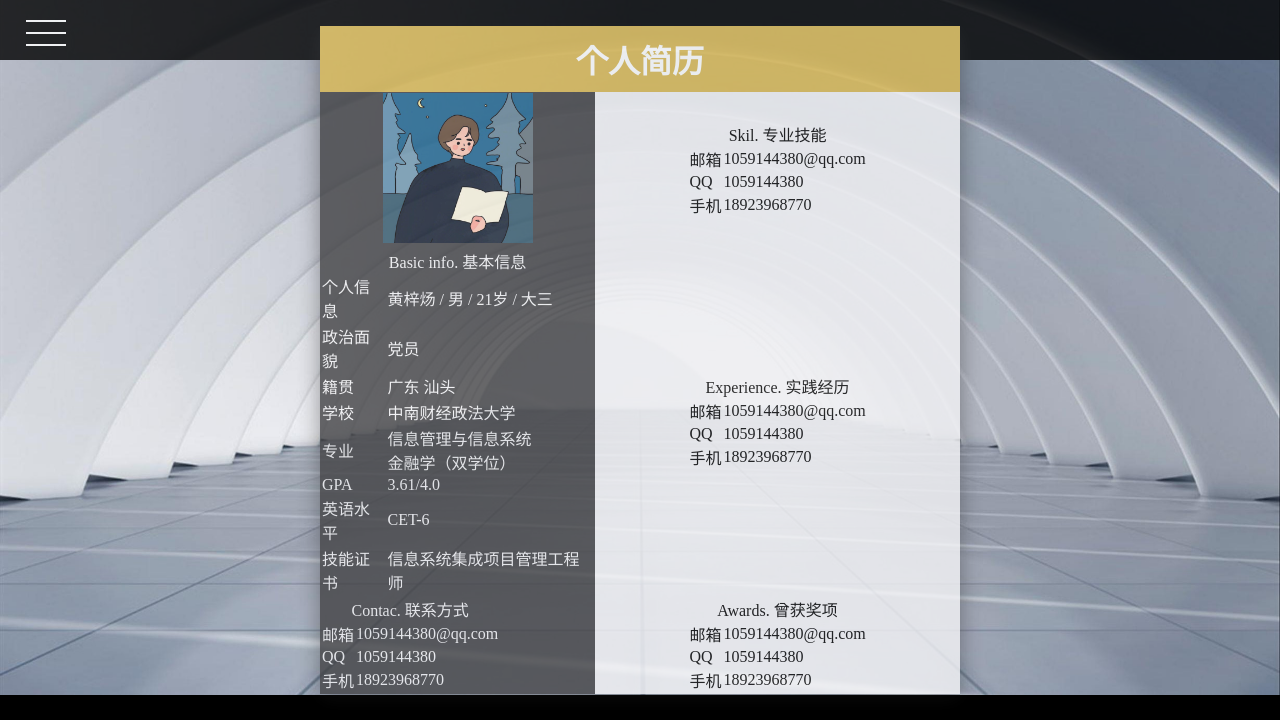
Repository: ustc-hzy/ziYang
Page: resume.html
The author's editor kept a copy of each file at every save. The page is drawn from the files as they stood at one save, then again after the next save.
The browser window is 1280 px wide. The pictures show the whole page.

Above is the page before, as saved 2020-06-18 16:52:57.

### resume.html
<!DOCTYPE html>
<html lang="en">
<head>
    <meta charset="UTF-8">
    <meta name="viewport" content="width=device-width, initial-scale=1.0">
    <link rel="stylesheet" href="css/style.css" type="text/css">
    <link rel="stylesheet" href="css/resume.css" type="text/css">
    <title>个人简历</title>
</head>
<body>
    <header>
        <!-- 主体内容 -->
        <div class="inner">
            <!-- 用于控制菜单栏开关 -->
            <input type="checkbox" id="ham">
            <!-- 菜单栏icon -->
            <label for="ham">
                <div class="hamburger-container">
                    <span></span>
                    <span></span>
                    <span></span>
                </div>
            </label>
            <!-- 菜单栏各项 -->
            <nav>
                <ul>
                    <li><a href="index.html">网站首页</a></li>
                    <li><a href="resume.html">个人简历</a></li>
                    <li><a href="album.html">旅行相册</a></li>
                    <li><a href="asset.html">PS作品集</a></li>
                    <li><a href="episode.html">剧集收藏</a></li>
                </ul>
            </nav>
            <!-- 打开菜单栏的遮罩 -->
            <div class="mask"></div>
        </div>

        <div class="content-container">
            <table>
                <caption class="table-title">个人简历</caption>
                <tr>
                    <td class="left-column" align="center">
                        <img src="img/user.png" width="150px">
                    </td>
                    <td class="right-column" align="center">
                        <table>
                            <caption class="small-table-title"><div>Skil. 专业技能</div></caption>
                            <tr>
                                <td>邮箱</td>
                                <td>1059144380@qq.com</td>
                            </tr>
                            <tr>
                                <td>QQ</td>
                                <td>1059144380</td>
                            </tr>
                            <tr>
                                <td>手机</td>
                                <td>18923968770</td>
                            </tr>
                        </table>
                    </td>
                </tr>
                <tr>
                    <td class="left-column" align="left">
                        <table>
                            <caption class="small-table-title"><div>Basic info. 基本信息</div></caption>
                            <tr>
                                <td>个人信息</td>
                                <td>黄梓炀 / 男 / 21岁 / 大三</td>
                            </tr>
                            <tr>
                                <td>政治面貌</td>
                                <td>党员</td>
                            </tr>
                            <tr>
                                <td>籍贯</td>
                                <td>广东 汕头</td>
                            </tr>
                            <tr>
                                <td>学校</td>
                                <td>中南财经政法大学</td>
                            </tr>
                            <tr>
                                <td>专业</td>
                                <td>
                                    <div>信息管理与信息系统</div>
                                    <div>金融学（双学位）</div>
                                </td>
                            </tr>
                            <tr>
                                <td>GPA</td>
                                <td>3.61/4.0</td>
                            </tr>
                            <tr>
                                <td>英语水平</td>
                                <td>CET-6</td>
                            </tr>
                            <tr>
                                <td>技能证书</td>
                                <td>信息系统集成项目管理工程师</td>
                            </tr>
                        </table>
                    </td>
                    <td class="right-column" align="center">
                        <table class="small-table-title">
                            <caption><div>Experience. 实践经历</div></caption>
                            <tr>
                                <td>邮箱</td>
                                <td>1059144380@qq.com</td>
                            </tr>
                            <tr>
                                <td>QQ</td>
                                <td>1059144380</td>
                            </tr>
                            <tr>
                                <td>手机</td>
                                <td>18923968770</td>
                            </tr>
                        </table>
                    </td>
                </tr>
                <tr>
                    <td class="left-column" align="left">
                        <table>
                            <caption class="small-table-title"><div>Contac. 联系方式</div></caption>
                            <tr>
                                <td>邮箱</td>
                                <td>1059144380@qq.com</td>
                            </tr>
                            <tr>
                                <td>QQ</td>
                                <td>1059144380</td>
                            </tr>
                            <tr>
                                <td>手机</td>
                                <td>18923968770</td>
                            </tr>
                        </table>
                    </td>
                    <td class="right-column" align="center">
                        <table class="small-table-title">
                            <caption><div>Awards. 曾获奖项</div></caption>
                            <tr>
                                <td>邮箱</td>
                                <td>1059144380@qq.com</td>
                            </tr>
                            <tr>
                                <td>QQ</td>
                                <td>1059144380</td>
                            </tr>
                            <tr>
                                <td>手机</td>
                                <td>18923968770</td>
                            </tr>
                        </table>
                    </td>
                </tr>
            </table>
        </div>
    </header>
</body>
</html>

### css/style.css
body {
    height: 100%;
    width: 100%;
    margin: 0 auto;
    padding: 0 0 ;
    background-color: #000000;
    background-image: url(../img/user_bg.jpg);
    background-repeat: no-repeat;
    background-size: cover;
    overflow: auto;
}
header{
    height: 60px;
    background-color: #000000;
    opacity: 0.8;
}
.inner{
    width: 96%;
    margin: auto;
}
#ham{
    display: none;
}
/* 当chexkbox选中时，改变第一条线 */
#ham:checked + label .hamburger-container span:nth-child(1){
    transform: rotate(45deg);
    top: 11px;
    transition: transform .3s ease-in-out, top .3s ease-in-out 3s;
}
/* 当chexkbox选中时，第二条线消失 */
#ham:checked + label .hamburger-container span:nth-child(2){
    opacity: 0;
}
/* 当chexkbox选中时，改变第三条线 */
#ham:checked + label .hamburger-container span:nth-child(3){
    transform: rotate(-45deg);
    top: -11px;
    transition: transform .3s ease-in-out, top .3s ease-in-out 3s;
}
.hamburger-container span:nth-child(2){
    margin-top: 10px;
    transition: opacity .1s ease-in-out .1s;
}
.hamburger-container span:nth-child(3){
    margin-top: 10px;
}
.hamburger-container{
    display: block;
    width: 40px;
    height: 40px;
    position: relative;
    top: 20px;
    z-index: 100;
}
.hamburger-container span{
    display: block;
    height: 2px;
    background-color: #fff;
    position: relative;
    transition: transform .3s ease-in-out, top .3s ease-in-out .3s;
}
nav{
    position: absolute;
    z-index: 100;
    color: #fff;
    top: 50px;
    transform: scaleY(0); /* 垂直方向缩小到0，即关闭 */
    transition: all .3s ease-in-out;
    transform-origin: 50% 0; /* 将中心点移到顶部 */
    opacity: 0; /* 渐入渐出效果 */
}
/* 当chexkbox选中时，展示nav */
#ham:checked ~ nav{
    transform: scaleY(1); /* 垂直方向扩大到1，即打开 */
    opacity: 1;
    transition: all .3s ease-in-out;
}
.mask {
    width: 100vw;
    height: 100vh;
    position: fixed;
    top: 0;
    left: 0;
    background: #000000;
    opacity: 0;
    z-index: 10; /* 防止遮住要显示的部分 */
    transform: scaleY(0);
    transform-origin: 50% 0;
    transition: all .3s ease-in-out;
}
#ham:checked ~ .mask{
    opacity: 1;
    transform: scaleY(1);
    transition: all .3s ease-in-out;
}
ul{
    position: relative;
    right: 40px;
    margin-top: 2em;
    list-style-type:none;
    font-size: 35px;
}
ul li{
    margin-top: 1em;
}
ul li:hover{
    transform: scale(1.2, 1.2); /* transform从元素中心开始变化，不会影响到其他元素 */
    /* background-color:  rgba(255,255,255,0.1);
    padding: 10px 20px; */
}
.name-container{
    position: absolute;
    top: 50%;
    left: 50%;
    transform: translate(-50%,-50%);
    z-index: 1;
    background-color: rgba(0,0,0,0.3); /* 此处使用opacity会让文字也变透明 */
    box-shadow: 0 5px 20px rgba(26,26,26,0.5);
}
.mid-name{
    color: #fff;
    font-size: 50px;
    border: 8px solid #fff;
    padding: 40px;
    text-align: center;
}
.mid-name .id{
    margin-top: 10px;
    font-size: 40px;
}
a{
    text-decoration: none;
    color: #ffffff;
}

### css/resume.css
.content-container{
    position: absolute;
    top: 50%;
    left: 50%;
    transform: translate(-50%,-50%);
    z-index: 1;
    box-shadow: 0 5px 20px rgba(26,26,26,0.5);
}
table{
    border-spacing: 0;
}
.table-title{
    color: #ffffff;
    font-size: 32px;
    font-weight: bold;
    padding: 10px 0 ;
    background-color: #dbba53;
}
.left-column{
    width: 400px;
    background-color: #424244;
    color: #f3f3f5;
}
.right-column{
    width: 600px;
    background-color: #f3f3f5;
}

After the next save:
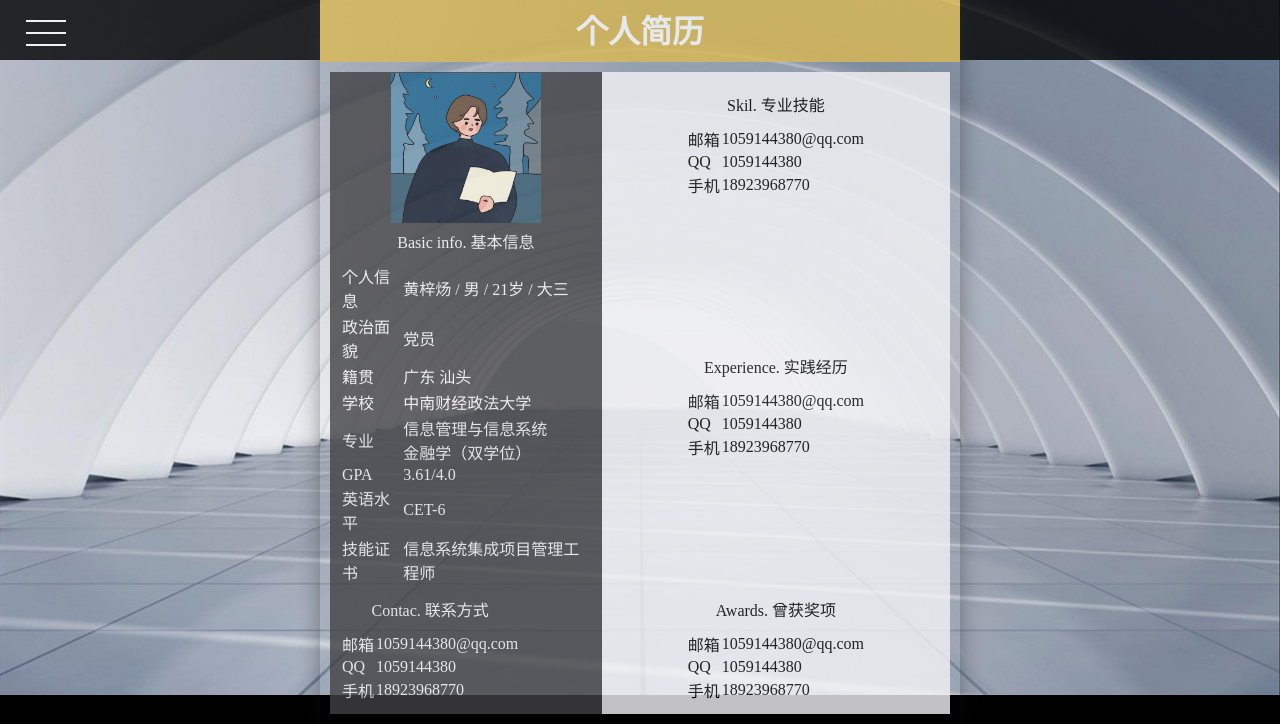
Saved 23 s later.
--- a/css/resume.css
+++ b/css/resume.css
@@ -8,6 +8,7 @@
 }
 table{
     border-spacing: 0;
+    padding: 10px 10px;
 }
 .table-title{
     color: #ffffff;
